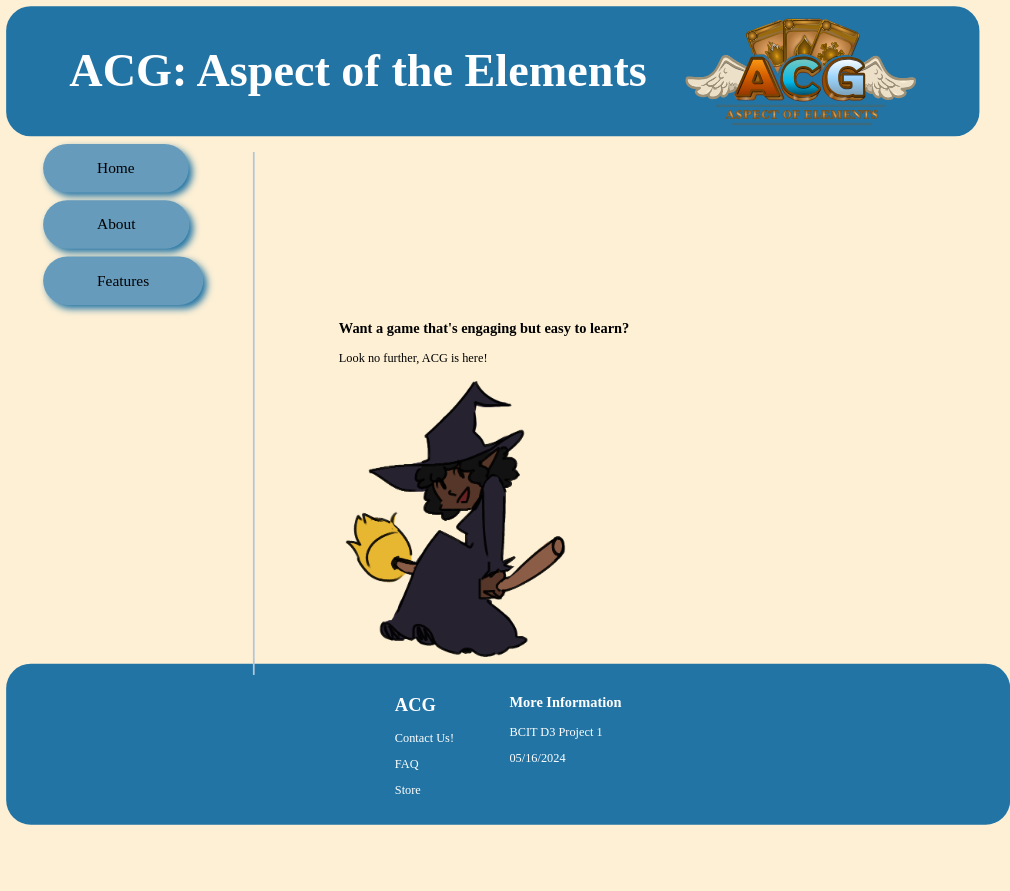
Repository: Delukalgh/ACG
Page: Features.html
An editor plug-in stored every save of this project. The page is shown before and after the next save, followed by the edit.
The browser window is 1280 px wide. The page is 1312 px wide, so the pictures cover 1312 px, including what lies to the right of the window. The pictures show the whole page, at 77% of full size.

Above is the page before, as saved 2024-05-15 15:32:45.

### Features.html
<!DOCTYPE html>
<html lang="en">

<head>
  <meta charset="UTF-8">
  <meta name="viewport" content="width=device-width, initial-scale=1.0">
  <meta http-equiv="X-UA-Compatible" content="ie=edge">
  <title>ACG Home Page</title>
  <link rel="stylesheet" href="features-style.css">
</head>

<body>
  <script src="index.js"></script>
  <div class="main-container">
    <div class="header-container">
      <h1 class="acg-header">ACG: Aspect of the Elements</h1>
      <img class="acg-logo" src="images/ACG-Logo.svg" alt="acg logo" style="width: 300px;" />
    </div>
    <div class="vertical-line"></div>

    <!--Side Menu-->
    <div class="buttons-container">
      <div class="button">
        <a class="link" href="index.html">
          <button class="about-page">Home</button>
        </a>
      </div>
    <div class="button">
      <a class="link" href="about.html">
        <button class="about-page">About</button>
      </a>
    </div>
    <div class="button">
      <a class="link" href="features.html">
        <button class="about-page">Features</button>
      </a>
    </div>
    </div>

    <!--Content-->
    <div class="features-container">
      <div class="content">
      <h3>Want a game that's engaging but easy to learn?</h3>
      <p>Look no further, ACG is here!</p>
        <img src="images/IllustrationWitchGirl.png" width="300px"/>

      </div>
    </div>

    <!--Footer-->
    <div class="footer-container">
      <div class="footer-group-1">
        <h2>ACG</h2>
        <p>Contact Us!</p>
        <p>FAQ</p>
        <p>Store</p>
      </div>

      <div class="footer-group-2">
        <h3>More Information</h3>
        <p>BCIT D3 Project 1</p>
        <p>05/16/2024</p>
      </div>
    </div>
  </div>
</body>

</html>

### features-style.css
body {
  background-color: #FDF0D5;
}

.main-container {
  position: relative;
  min-height: 100vh;
}
.header-container {
  display: flex;
  background-color: #2274A5;
  padding: 10px;
  justify-content: center;
  border-radius: 32px;
}

.acg-header {
  color: white;
  font-family: cursive;
  font-size: 60px;
}

.acg-logo {
  display: flex;
  margin-left: 50px;
}

.vertical-line {
  border-left: 3px solid #B3C5D7;
  height: 42.5em;
  position:absolute;
  margin-left: 20em;
  border-radius: 32px;
  margin-top: 20px;
}
.buttons-container {
  width: fit-content;
}
.button {
  display: flex;
  justify-content: center;
  margin-top: 10px;
  justify-content: left;
  margin-left: 3em;
}

.about-page {
  display: flex;
  background-color: #669BBC;
  padding: 20px 70px;
  border-radius: 32px;
  border: none;
  font-size: 20px;
  font-family: cursive;
  box-shadow: 5px 5px 10px #2274A5;
  cursor: pointer;
}

.link {
  text-decoration: none;
}

.footer-container {
  display: flex;
  background-color: #2274A5;
  padding: 20px;
  justify-content: center;
  border-radius: 32px;

  width: 100%;
  color: white;
  font-family: cursive;
}

.footer-group-1 {
margin-right: 10vh;
height: 100%;
}

.features-container {
  margin-left: 60vh;
  position:relative;

}

Loaded but not shown: index.js (no stored copy; drawn as an empty file)

After the next save:
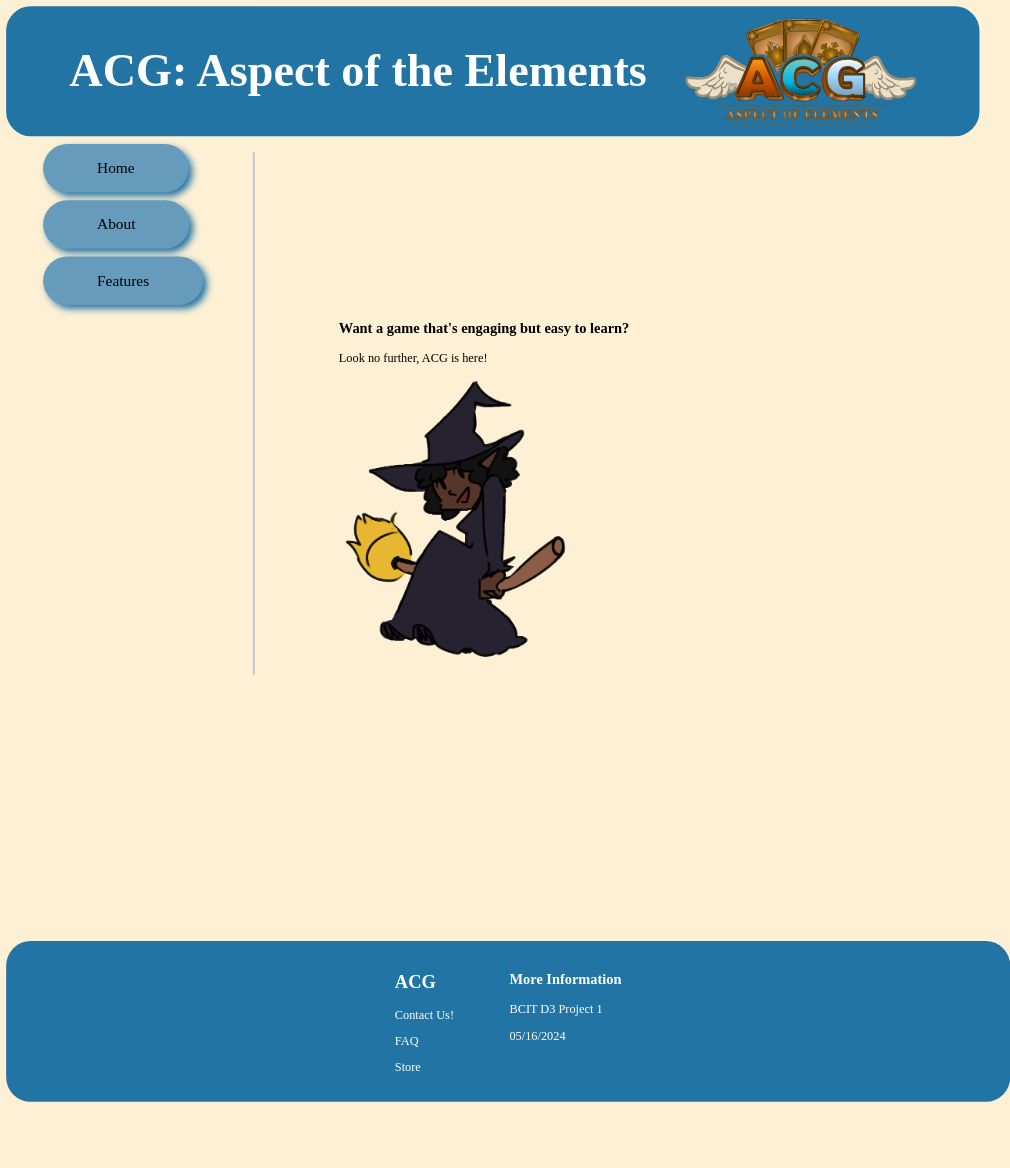
Saved 51 s later.
--- a/features-style.css
+++ b/features-style.css
@@ -80,5 +80,6 @@
 .features-container {
   margin-left: 60vh;
   position:relative;
+  margin-bottom: 50vh;
 
 }

After the save that followed:
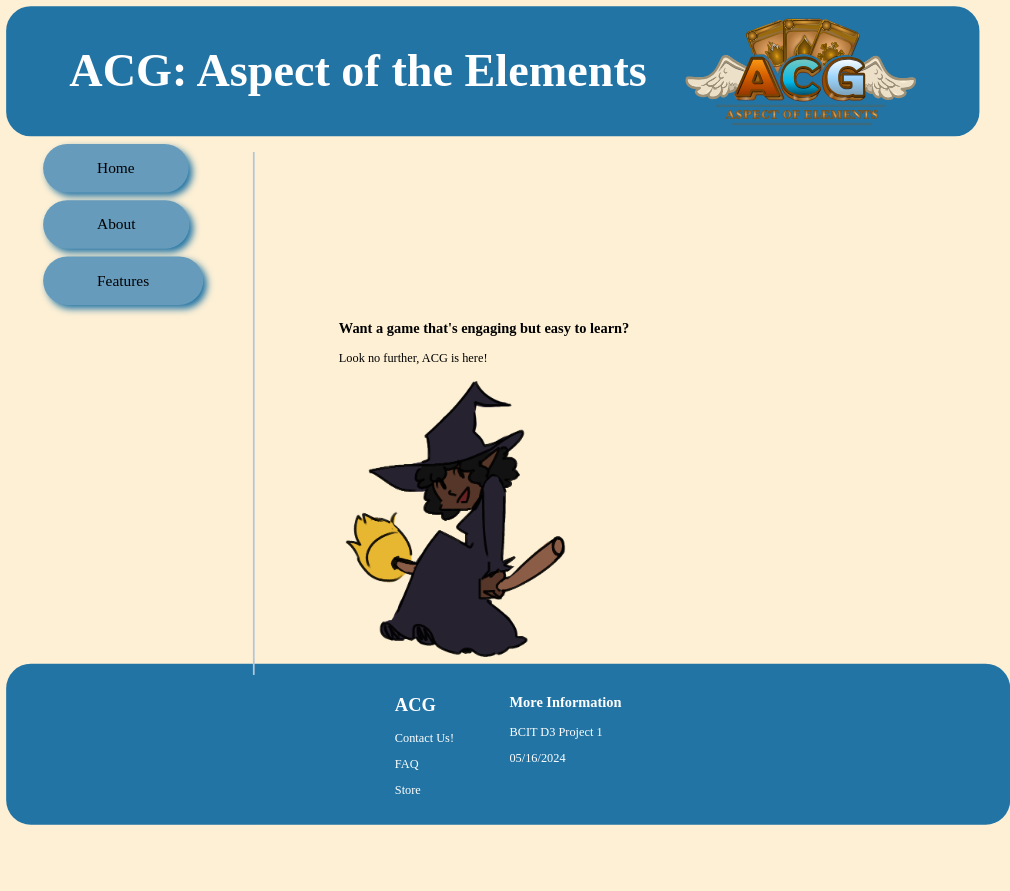
Saved 8 s later.
--- a/features-style.css
+++ b/features-style.css
@@ -80,6 +80,5 @@
 .features-container {
   margin-left: 60vh;
   position:relative;
-  margin-bottom: 50vh;
 
 }
